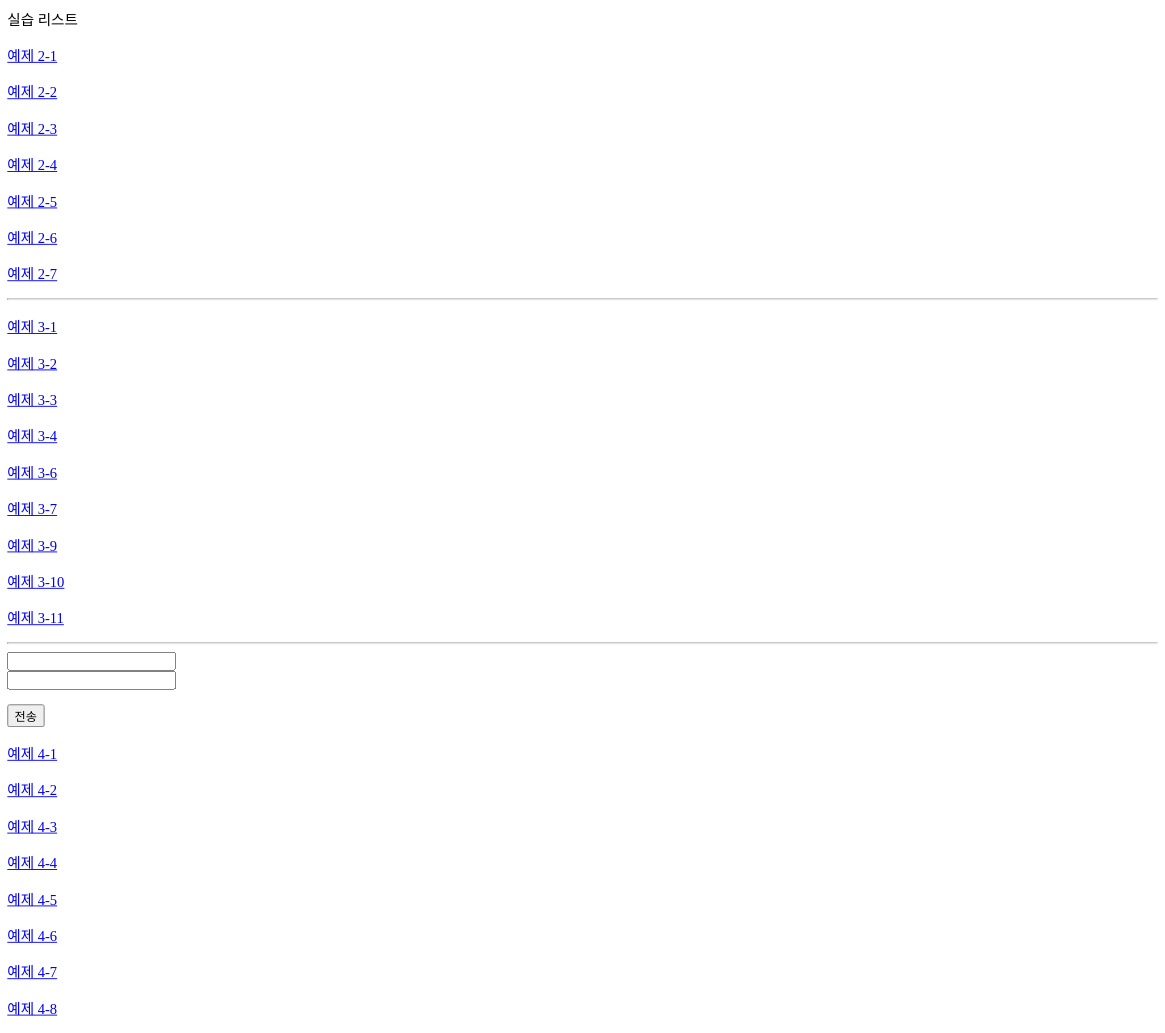
Repository: yeom724/JSP_test
Page: http://localhost/jspbook/
The author's editor kept a copy of each file at every save. The page is drawn from the files as they stood at one save, then again after the next save.
The browser window is 1280 px wide. The pictures show the whole page, at 91% of full size.
The page is served by Tomcat 9.

Above is the page before, as saved 2024-10-10 07:29:45.

After the next save:
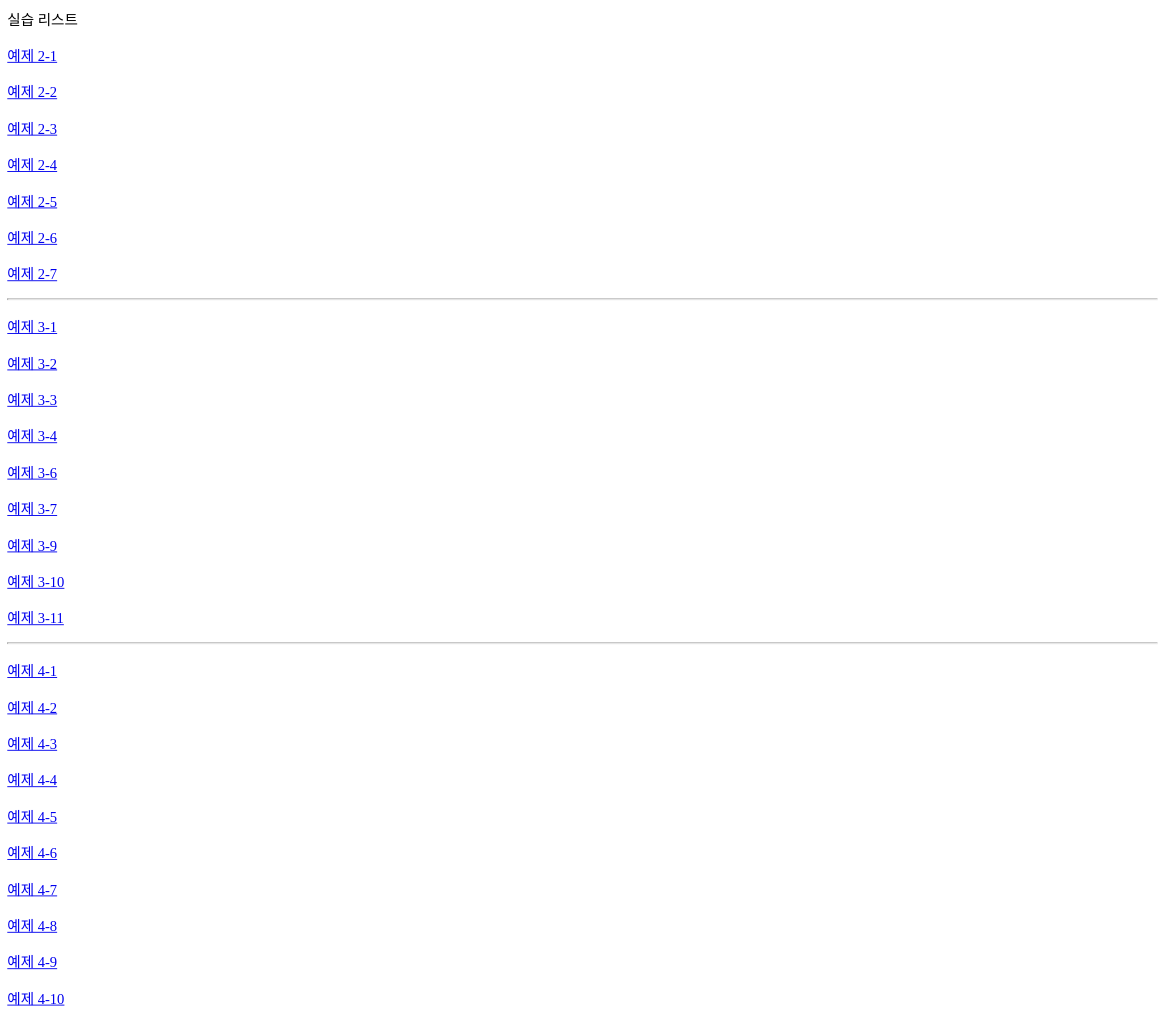
Saved 47 s later.
--- a/jspbook/src/main/webapp/index.jsp
+++ b/jspbook/src/main/webapp/index.jsp
@@ -26,11 +26,13 @@
 	<p><a href="ex3-10">예제 3-10</a></p>
 	<p><a href="ex3-11">예제 3-11</a></p>
 	<hr></hr>
+	<!--
 		<form action="ex4_0" method="get">
 		<input type="text" name ="id" /><br>
 		<input type="text" name ="name" /><p>
 		<input type="submit" value="전송" />
 		</form>
+	 -->
 	<p><a href="ex4-1">예제 4-1</a></p>
 	<p><a href="ex4-2">예제 4-2</a></p>
 	<p><a href="ex4-3">예제 4-3</a></p>
@@ -39,6 +41,8 @@
 	<p><a href="ex4-6">예제 4-6</a></p>
 	<p><a href="ex4-7">예제 4-7</a></p>
 	<p><a href="ex4-8">예제 4-8</a></p>
+	<p><a href="ex4-9">예제 4-9</a></p>
+	<p><a href="ex4-10">예제 4-10</a></p>
 
 </body>
 </html>
